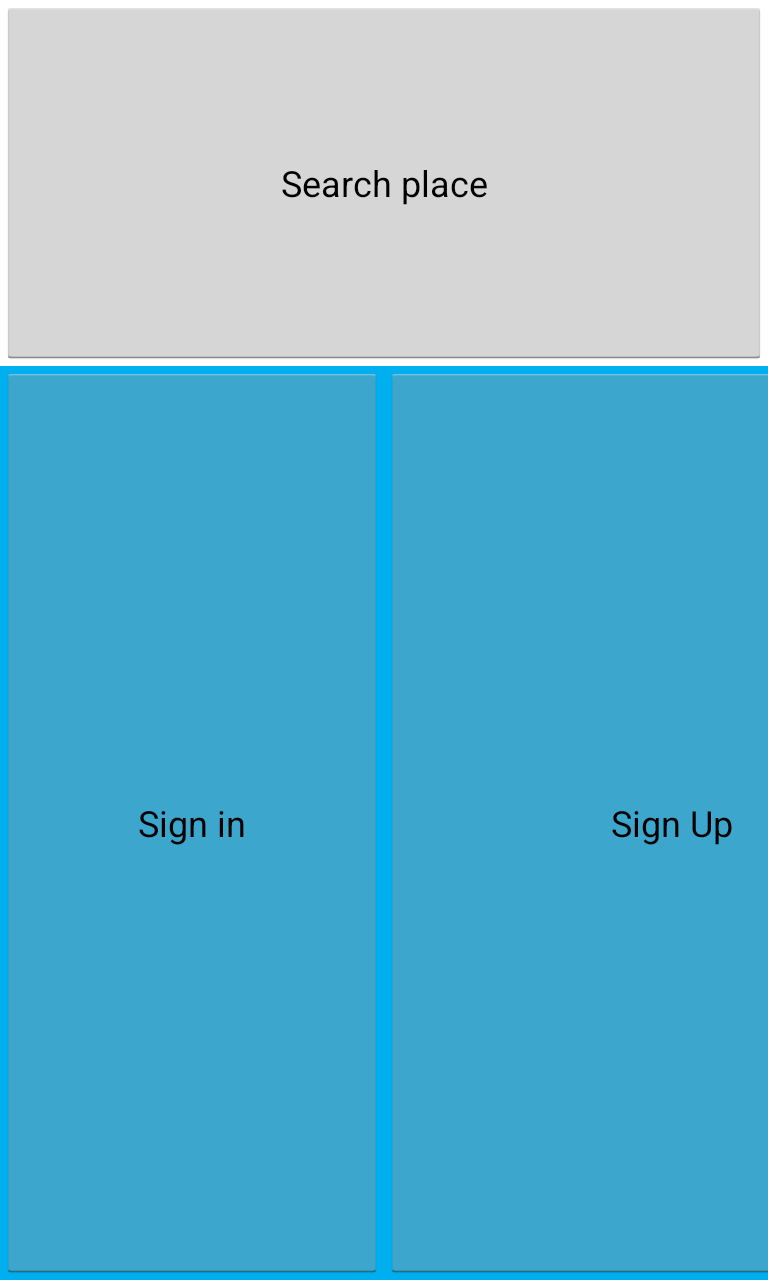
Repository: Rownak/TouristFriend
Layout: android/MainProjectTherapTest/res/layout/front_page_layout.xml
An editor plug-in stored every save of this project. The layout is shown before and after the next save, followed by the edit.
It is drawn on a 768 x 1280 px phone screen (xhdpi) without system bars, with theme AppTheme; the app's code is not run.

Above is the layout before, as saved 2014-12-05 16:09:47.

### android/MainProjectTherapTest/res/layout/front_page_layout.xml
<?xml version="1.0" encoding="utf-8"?>
<LinearLayout xmlns:android="http://schemas.android.com/apk/res/android"
    android:layout_width="match_parent"
    android:layout_height="match_parent"
    android:orientation="vertical"
    android:weightSum="7" >

    <LinearLayout
        android:layout_width="fill_parent"
        android:layout_height="fill_parent"
        android:layout_weight="5"
        android:orientation="horizontal" >

        <Button
            android:layout_width="fill_parent"
            android:layout_height="fill_parent"
            android:text="Search place" />
    </LinearLayout>

    <LinearLayout
        android:layout_width="fill_parent"
        android:layout_height="fill_parent"
        android:layout_weight="2"
        android:background="@color/skype_blue"
        android:orientation="horizontal"
        android:weightSum="2" >

        <LinearLayout
            android:layout_width="fill_parent"
            android:layout_height="fill_parent"
            android:layout_weight="1"
            android:orientation="horizontal" >

            <Button
                android:id="@+id/signInButtonFront"
                android:layout_width="fill_parent"
                android:layout_height="fill_parent"
                android:text="Sign in" />
        </LinearLayout>

        <LinearLayout
            android:layout_width="fill_parent"
            android:layout_height="fill_parent"
            android:layout_weight=".5"
            android:orientation="horizontal"
            android:weightSum=".5" >

            <Button
                android:id="@+id/signUpButtonFront"
                android:layout_width="fill_parent"
                android:layout_height="fill_parent"
                android:text="Sign Up" />
        </LinearLayout>
    </LinearLayout>

    <LinearLayout>
    </LinearLayout>

### android/MainProjectTherapTest/res/values/color2.xml
<?xml version="1.0" encoding="utf-8"?>
<resources>
    <color name ="skype_blue">#00AFF0</color>
    <color name ="skype_text_hint">#00AFC0</color>
    <color name ="skype_button">#0095CC</color>
    <color name ="kmngreen">#5B9C64</color>
    <color name="white">#FFFFFF</color>
    <color name="grey">#7A7A7A</color>
    <color name="background">#0044AA</color>
    <color name="bluelight">#449DEF</color>
    <color name="bluedark">#2F6699</color>
    <color name="greenlight">#70C656</color>
    <color name="greendark">#53933F</color>
    <color name="orangelight">#F3AE1B</color>
    <color name="orangedark">#BB6008</color>
    <color name="black">#000000</color>
    <color name="red">#f00</color>
    <color name="transculent_red">#80ff0000</color>
    <color name="firoja">#63b6ab</color>
    <color name="yellow">#f0ff00</color>
    <color name="merun">#440700</color>
    <color name="violet">#8256a4</color>
    <color name="violetlight">#d6b6e6</color>
    <color name="paste">#1eb486</color>
    <color name="purple">#bc1dd8</color>
    <color name="pastelmagenta">#F49AC2</color>
    <color name="pink">#ff007f</color>
    <color name="flamingopink">#FC8EAC</color>
    <color name="cherryblossompink">#ffb7c6</color>
    <color name="darkpink">#E75480</color>
    <color name = "byzantinepink">#BD33A4</color>
    <color name = "glowypink">#FF66FF</color>
    <color name = "glowypink2">#FF3399</color>
    <color name = "bottlegreen">#324F17</color>

    <color name="list_item_title">#fff</color>
    <color name="list_background">#303030</color>
    <color name="list_background_pressed">#992416</color>
    <color name="list_divider">#272727</color>
    <color name="counter_text_bg">#626262</color>
    <color name="counter_text_color">#c5c4c4</color>
</resources>

Loaded but not shown: android/MainProjectTherapTest/res/values/styles.xml (common file); android/MainProjectTherapTest/res/values-v11/styles.xml (common file); android/MainProjectTherapTest/res/values-v14/styles.xml (common file)

After the next save:
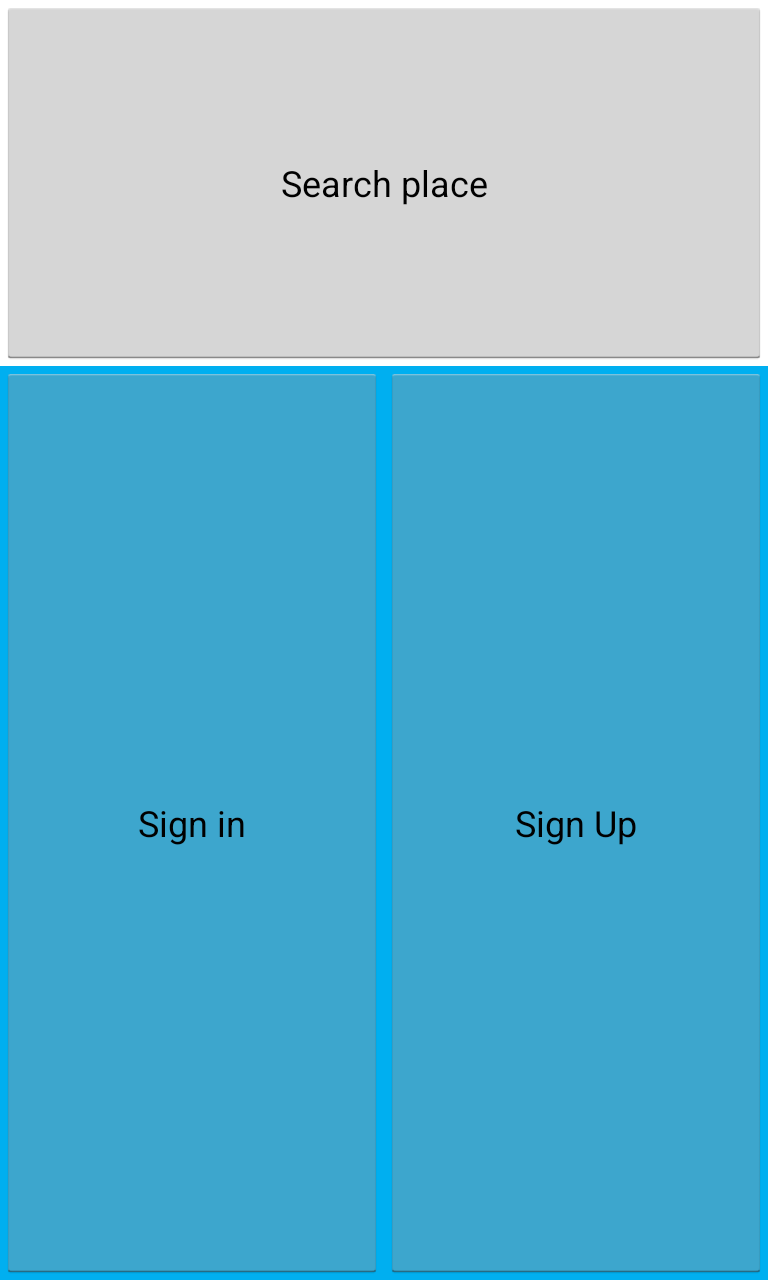
Saved 14 s later.
--- a/android/MainProjectTherapTest/res/layout/front_page_layout.xml
+++ b/android/MainProjectTherapTest/res/layout/front_page_layout.xml
@@ -41,9 +41,9 @@
         <LinearLayout
             android:layout_width="fill_parent"
             android:layout_height="fill_parent"
-            android:layout_weight=".5"
+            android:layout_weight="1"
             android:orientation="horizontal"
-            android:weightSum=".5" >
+            >
 
             <Button
                 android:id="@+id/signUpButtonFront"
